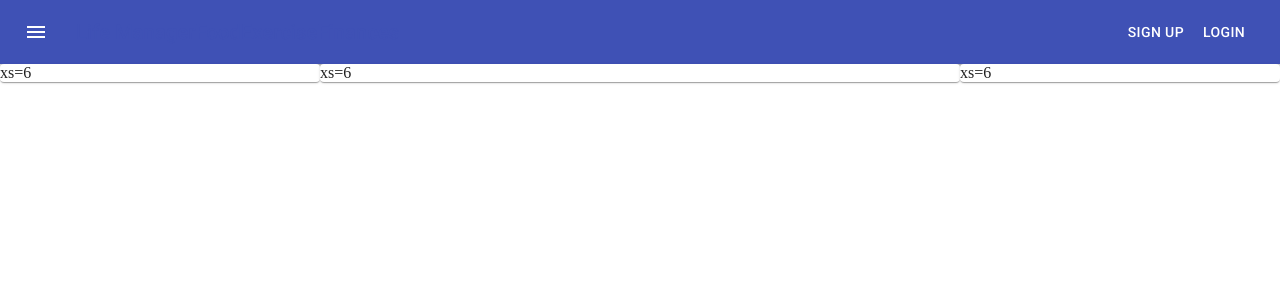
Repository: DaNiels89/lifemanagerreact
Page: /
The author's editor kept a copy of each file at every save. The page is drawn from the files as they stood at one save, then again after the next save.
The browser window is 1280 px wide. The pictures show the whole page.
The project was rebuilt for these pictures with package versions that can differ from the ones it lists, and the page was loaded fresh each time.

Above is the page before, as saved 2020-03-13 14:52:16.

After the next save:
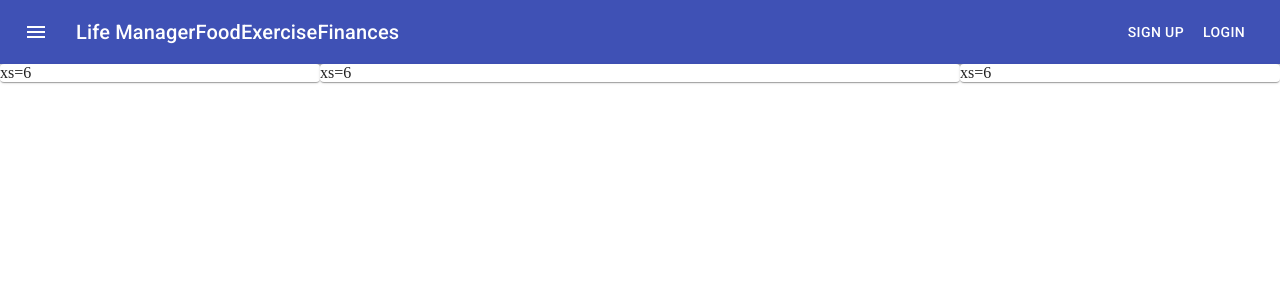
Saved 25 s later.
--- a/src/components/layout/Header.js
+++ b/src/components/layout/Header.js
@@ -37,16 +37,16 @@ export default function Header() {
             <MenuIcon />
           </IconButton>
           <Typography variant="h6" className={classes.title}>
-            <Link href="/" onClick={preventDefault}>
+            <Link href="/" onClick={preventDefault} color="inherit">
               Life Manager
             </Link>
-            <Link href="/" onClick={preventDefault}>
+            <Link href="/" onClick={preventDefault} color="inherit">
               Food
             </Link>
-            <Link href="/" onClick={preventDefault}>
+            <Link href="/" onClick={preventDefault} color="inherit">
               Exercise
             </Link>
-            <Link href="/" onClick={preventDefault}>
+            <Link href="/" onClick={preventDefault} color="inherit">
               Finances
             </Link>
           </Typography>
